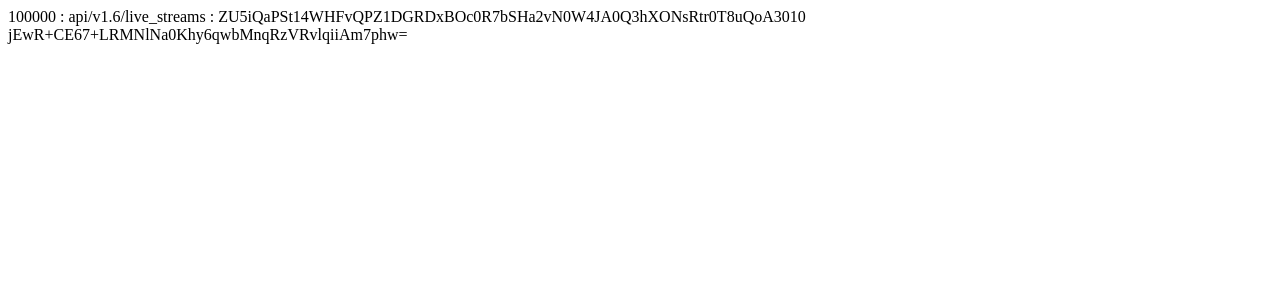
Repository: junhyeongShin/comunity_app
Page: http://localhost/Broadcast/curl copy.php
An editor plug-in stored every save of this project. The page is shown before and after a run of saves, followed by the edit.
The browser window is 1280 px wide. The pictures show the whole page.
The page is run by PHP 8.4 with error messages shown; the project is at /var/www/html/.

Above is the page before, as saved 2021-05-28 13:42:52.

After the next 4 saves:
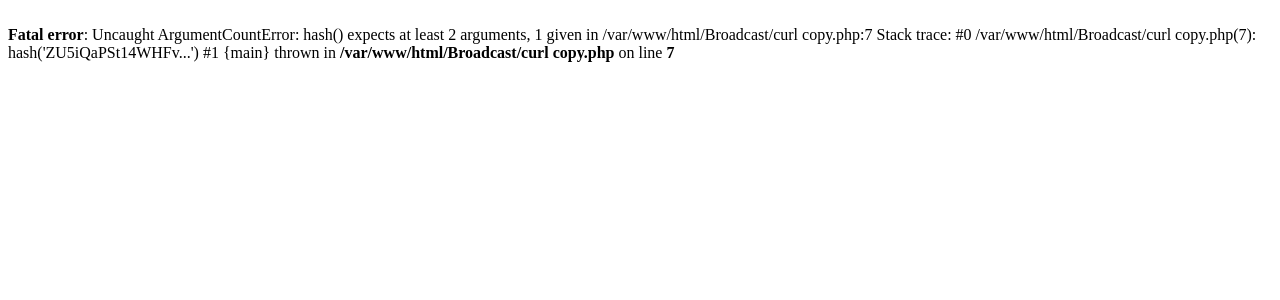
The 4 saves are shown as one change because they came seconds apart.
The last was saved 108 s later.
--- a/Broadcast/curl copy.php
+++ b/Broadcast/curl copy.php
@@ -3,6 +3,8 @@
 $timestamp = 100000;
 $path = "api/v1.6/live_streams";
 $wscApiKey = "ZU5iQaPSt14WHFvQPZ1DGRDxBOc0R7bSHa2vN0W4JA0Q3hXONsRtr0T8uQoA3010";
+
+$wscApiKey = hash($wscApiKey);
 
 $hmacData = ($timestamp.' : '.$path.' : '.$wscApiKey);
 echo $hmacData;

After the 2 saves that followed:
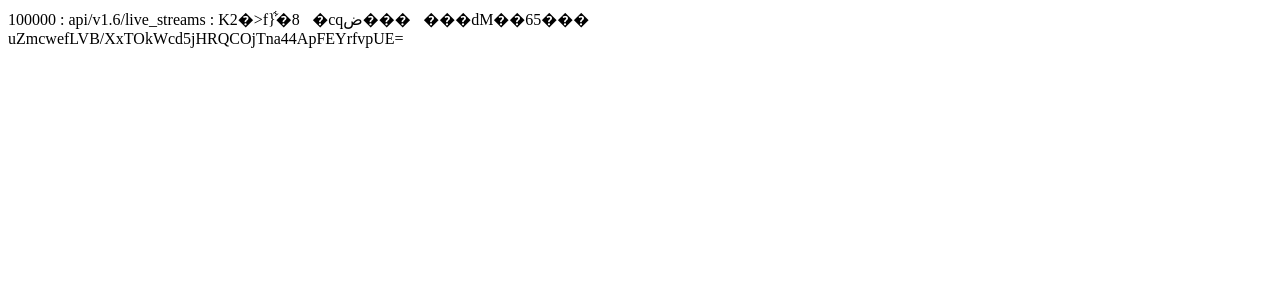
The 2 saves are shown as one change because they came seconds apart.
The last was saved 18 s later.
--- a/Broadcast/curl copy.php
+++ b/Broadcast/curl copy.php
@@ -4,7 +4,7 @@
 $path = "api/v1.6/live_streams";
 $wscApiKey = "ZU5iQaPSt14WHFvQPZ1DGRDxBOc0R7bSHa2vN0W4JA0Q3hXONsRtr0T8uQoA3010";
 
-$wscApiKey = hash($wscApiKey);
+$wscApiKey = hash('sha256',$wscApiKey,true);
 
 $hmacData = ($timestamp.' : '.$path.' : '.$wscApiKey);
 echo $hmacData;
